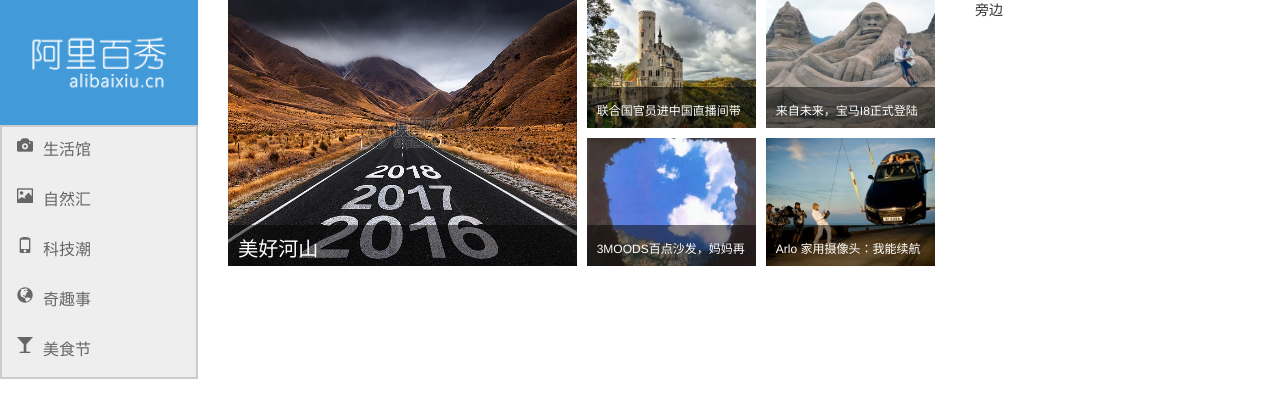
Repository: zhangwen001208/bootstrap-demo
Page: index.html
The author's editor kept a copy of each file at every save. The page is drawn from the files as they stood at one save, then again after the next save.
The browser window is 1280 px wide. The pictures show the whole page.

Above is the page before, as saved 2022-09-08 11:17:08.

### index.html
<!DOCTYPE html>
<html lang="en">
<head>
    <meta charset="UTF-8">
    <meta http-equiv="X-UA-Compatible" content="IE=edge">
    <meta name="viewport" content="width=device-width, initial-scale=1.0">
    <link rel="stylesheet" href="./bootstrap/css/bootstrap.min.css">
    <link rel="stylesheet" href="./css/index.css">

    <title>Document</title>
</head>
<body>
    <div class="container">
        <div class="row">
            <header class="col-md-2">
                <div class="logo">
                    <img src="./images/logo.png" alt="">
                </div>
                <div class="nav">
                    <ul class="nav flex-column">
                        <li class="nav-item">
                          <a class="nav-link active glyphicon glyphicon-camera" href="#">生活馆</a>
                        </li>
                        <li class="nav-item">
                          <a class="nav-link glyphicon glyphicon-picture" href="#">自然汇</a>
                        </li>
                        <li class="nav-item">
                          <a class="nav-link glyphicon glyphicon-phone" href="#">科技潮</a>
                        </li>
                        <li class="nav-item">
                          <a class="nav-link glyphicon glyphicon-globe ">奇趣事</a>
                        </li>
                        <li class="nav-item">
                            <a class="nav-link glyphicon glyphicon-glass">美食节</a>
                          </li>
                      </ul>
                </div>

            </header>
            <article class="col-md-7">
              <ul class="item">
                <li>
                    <a href="">
                    <img src="./images/news-1.jpg" alt="">
                    <p>美好河山</p>
                    </a>
            </li>
                <li><a href="">
                    <img src="./images/news-2.jpg" alt="">
                    <p>联合国官员进中国直播间带货,3000斤咖啡豆秒光</p>
                </a></li>
                <li><a href="">
                    <img src="./images/news-3.jpg" alt="">
                    <p>来自未来，宝马I8正式登陆</p>
                </a></li>
                <li><a href="">
                    <img src="./images/news-4.jpg" alt="">
                    <p>3MOODS百点沙发，妈妈再也不怕空间不够了</p>
                </a></li>
                <li><a href="">
                    <img src="./images/news-5.jpg" alt="">
                    <p>Arlo 家用摄像头：我能续航6个月</p>
                </a></li>
              </ul>

            </article>
            <aside class="col-md-3">
                旁边

            </aside>



        </div>
    </div>

</body>
</html>

### css/index.css

 @media screen and (min-width: 1280px) {
    .container {
        width: 1280px
    }

 }
 ul{
    padding: 0;
    margin: 0;
 }
 ul>li {
    list-style: none;
    text-decoration: none;

 }
 a {
    color: #666;
 }
 a:hover {
    text-decoration: none;
 }
 p{
    margin-bottom: 0;
 }






 header {
    padding-left: 0 !important;

 }
 .logo {
    background-color: #429ad9;


 }
 .logo img {
    width: 100%;

 }
 .nav {
    border: 1px solid #ccc ;
    background-color: #eee;
 }

 .nav-item a {
    display: block;
    font-size: 16px;
    height: 50px;
 }
.nav-item a::before {
    vertical-align: middle;
    padding-right: 10px;
}
.nav-item:hover {
    background-color: #fff !important;
}

article {
    padding: 0;
}

.item li {

    float: left;
    width: 25%;
    height: 128px;
    padding-right: 10px;
    margin-bottom: 10px;

}
.item li a {
    position: relative;
    display: block;
    width: 100%;
    height: 100%;
}


.item li:nth-child(1) {
    width: 50%;
    height: 266px;
    padding-right: 10px;


}
.item li:nth-child(1) p {
    font-size: 20px;
}
.item li>a img {
    width: 100%;
    height: 100%;

}
.item li>a p {
    position: absolute;
    display: block;
    height: 41px;
    line-height: 41px;
    width: 100%;
    bottom: 0;
    left: 0;
    background: rgba(0, 0, 0, 0.5);
    font-size: 12px;
    padding: 4px 10px;
    color: #fff;
}

Loaded but not shown: bootstrap/css/bootstrap.min.css (library)

After the next save:
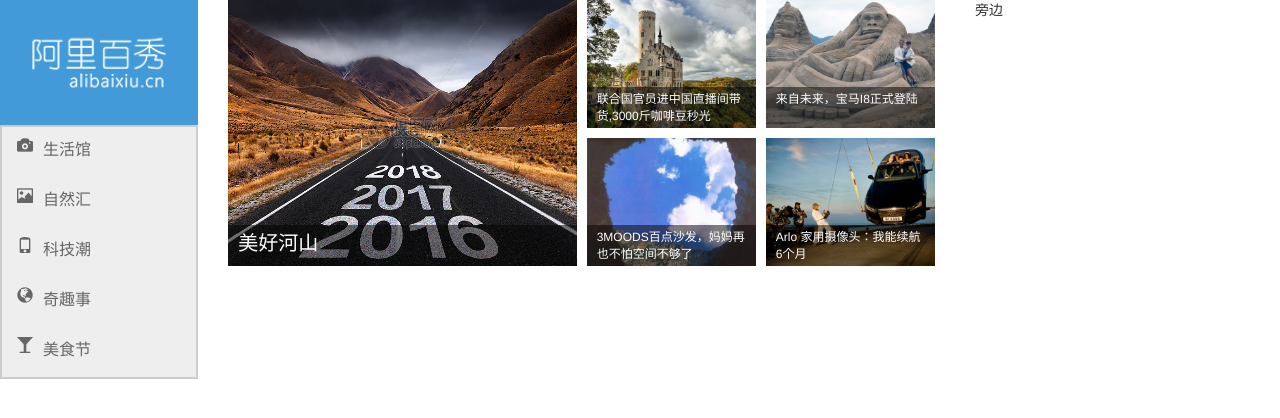
Saved 79 s later.
--- a/css/index.css
+++ b/css/index.css
@@ -100,7 +100,7 @@
     position: absolute;
     display: block;
     height: 41px;
-    line-height: 41px;
+
     width: 100%;
     bottom: 0;
     left: 0;
@@ -108,4 +108,5 @@
     font-size: 12px;
     padding: 4px 10px;
     color: #fff;
+
 }
